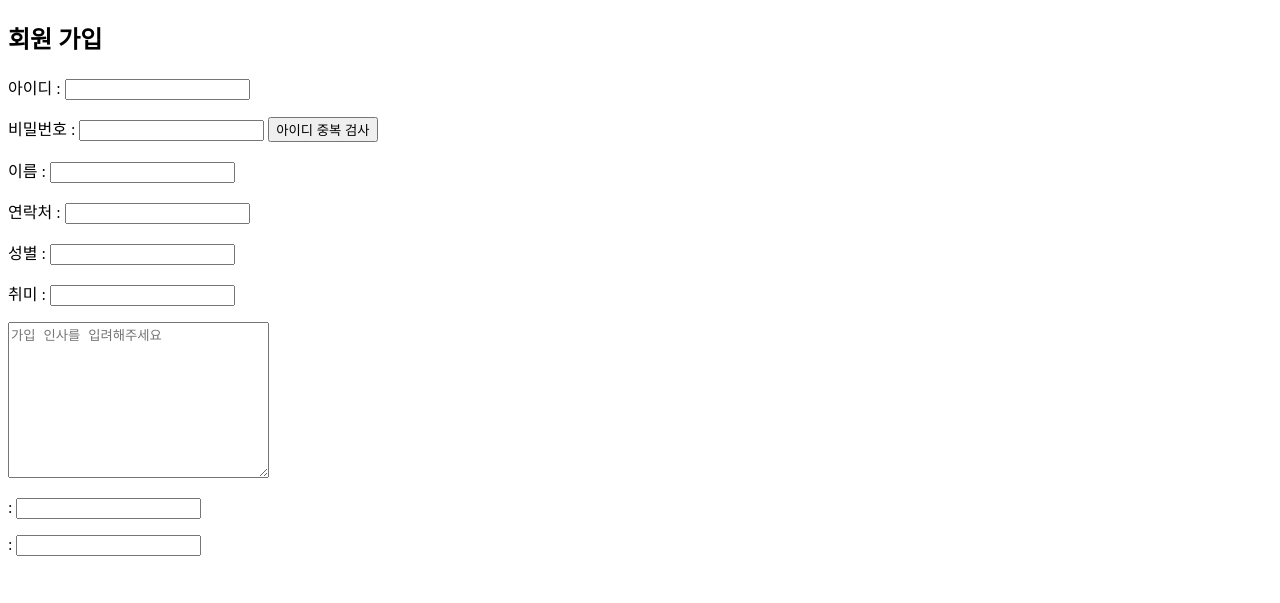
Repository: suinautant/learnCode
Page: http://localhost/JSPBook/ch05/test/register01.jsp
The author's editor kept a copy of each file at every save. The page is drawn from the files as they stood at one save, then again after the next save.
The browser window is 1280 px wide. The pictures show the whole page.
The page is served by Tomcat 9.

Above is the page before, as saved 2021-07-01 05:28:21.

After the next save:
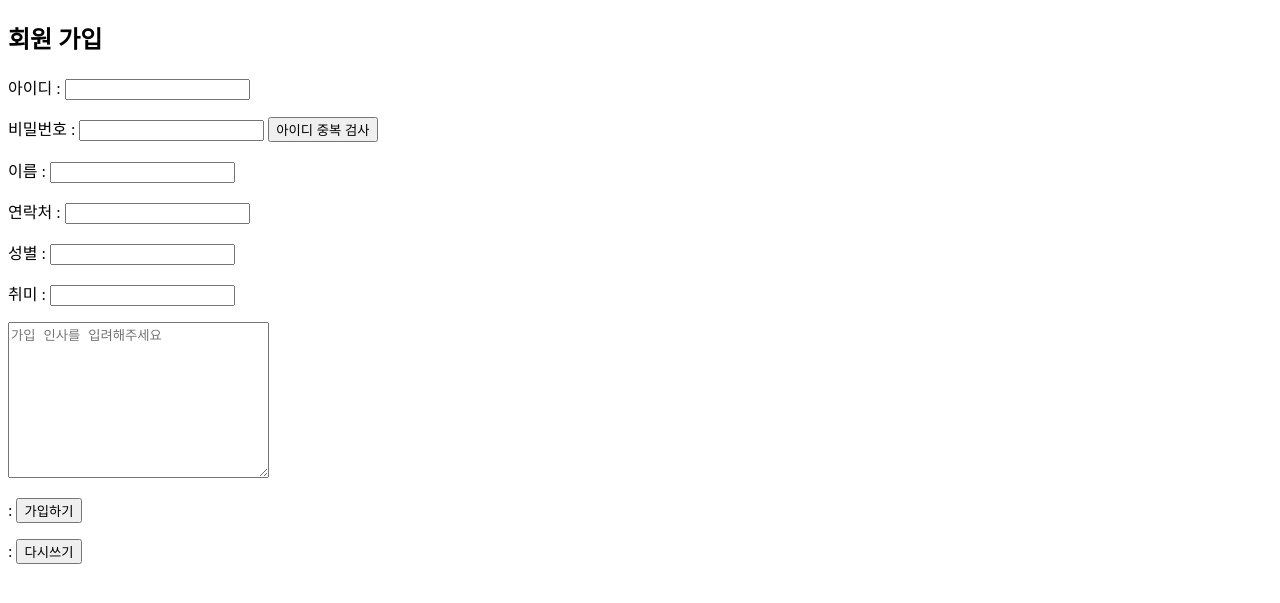
Saved 22 s later.
--- a/jsp/JSPBook/WebContent/ch05/test/register01.jsp
+++ b/jsp/JSPBook/WebContent/ch05/test/register01.jsp
@@ -19,8 +19,8 @@
 <p>성별 : <input type="text" name="name" /></p>
 <p>취미 : <input type="text" name="name" /></p>
 <p><textarea rows="10" cols="30" placeholder="가입 인사를 입려해주세요"></textarea>
-<p> : <input type="text" name="name" /></p>
-<p> : <input type="text" name="name" /></p>
+<p> : <input type="submit" value="가입하기" /></p>
+<p> : <input type="reset" value="다시쓰기" /></p>
 </form>
 
 </body>
